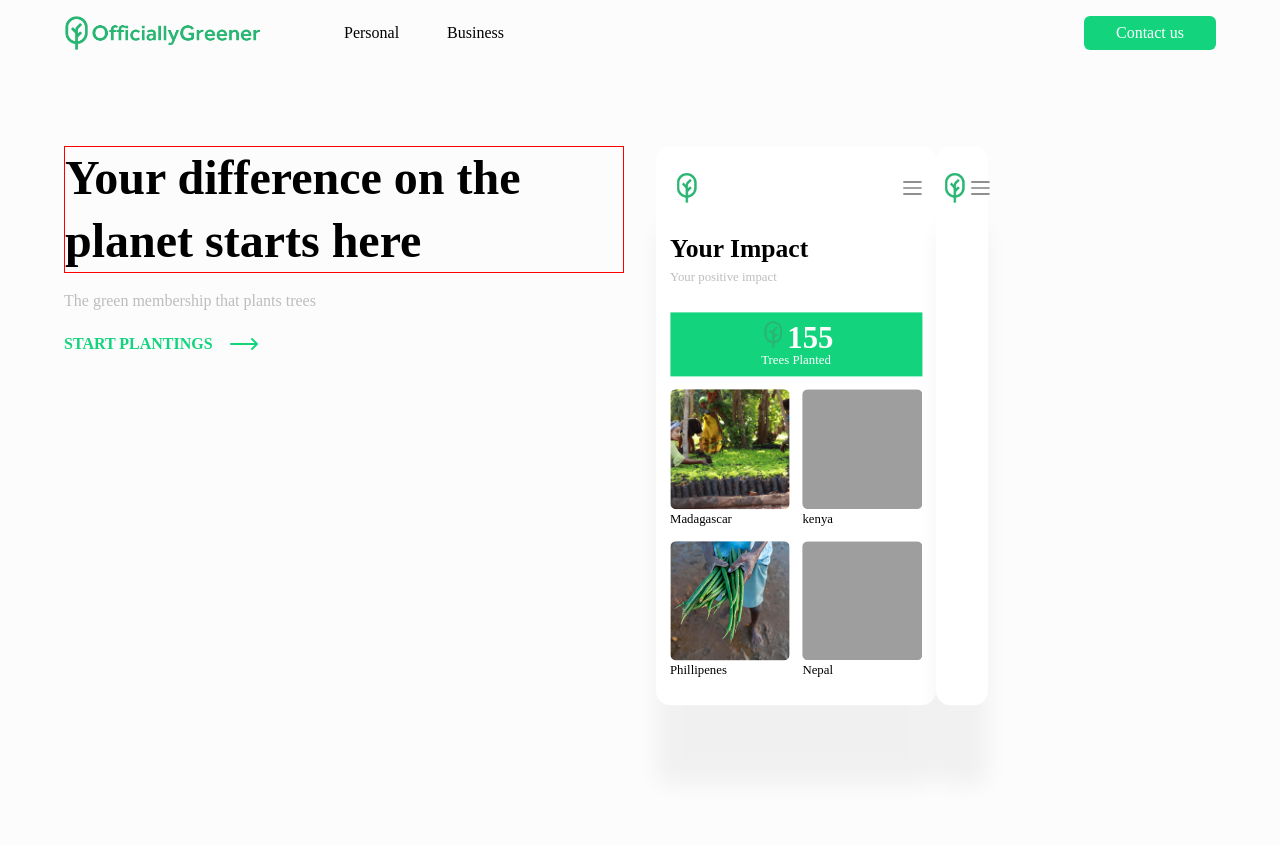
Repository: Sinkycode/Officially-Greener
Page: index.html
The author's editor kept a copy of each file at every save. The page is drawn from the files as they stood at one save, then again after the next save.
The browser window is 1280 px wide. The pictures show the whole page.
Pictures or frames that could not be fetched are drawn as grey boxes.

Above is the page before, as saved 2023-03-07 23:27:43.

After the next save:
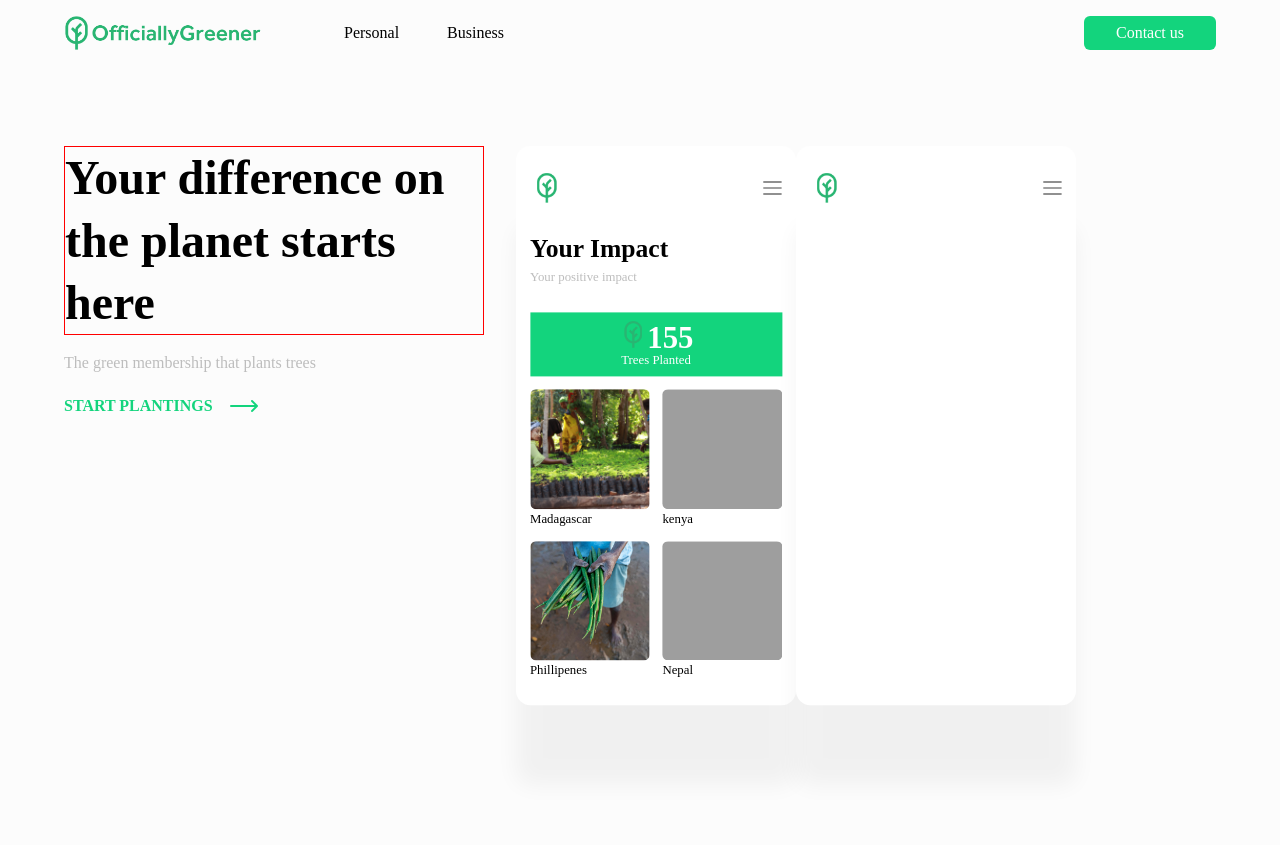
Saved 31 s later.
--- a/style.css
+++ b/style.css
@@ -128,7 +128,7 @@
 
 .phone {
   background-color: white;
-  max-width: 350px;
+  width: 350px;
   border-radius: 18px;
   padding-block: 2rem;
   box-shadow: 0px 100px 28px rgba(0, 0, 0, 0.047);

After the save that followed:
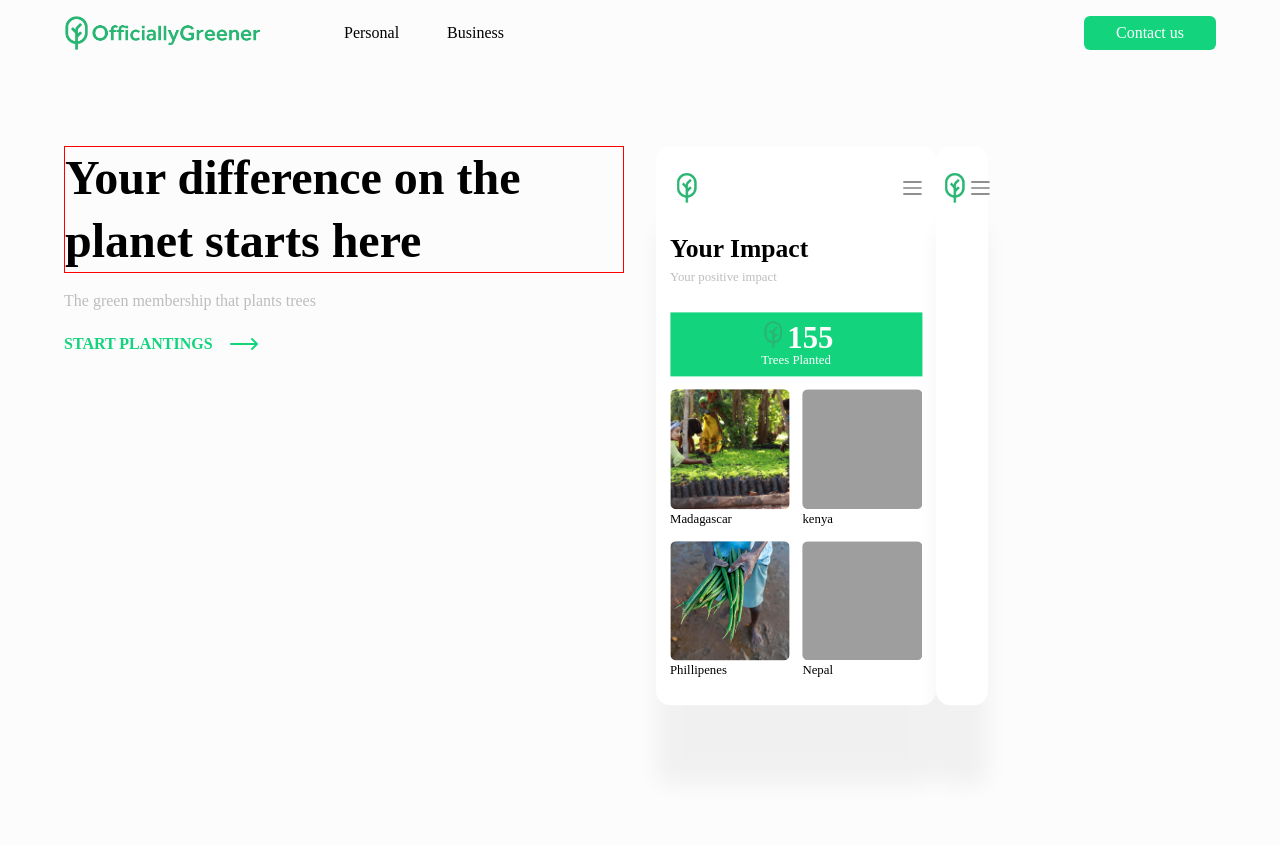
Saved 29 s later.
--- a/style.css
+++ b/style.css
@@ -128,7 +128,7 @@
 
 .phone {
   background-color: white;
-  width: 350px;
+  max-width: 350px;
   border-radius: 18px;
   padding-block: 2rem;
   box-shadow: 0px 100px 28px rgba(0, 0, 0, 0.047);
